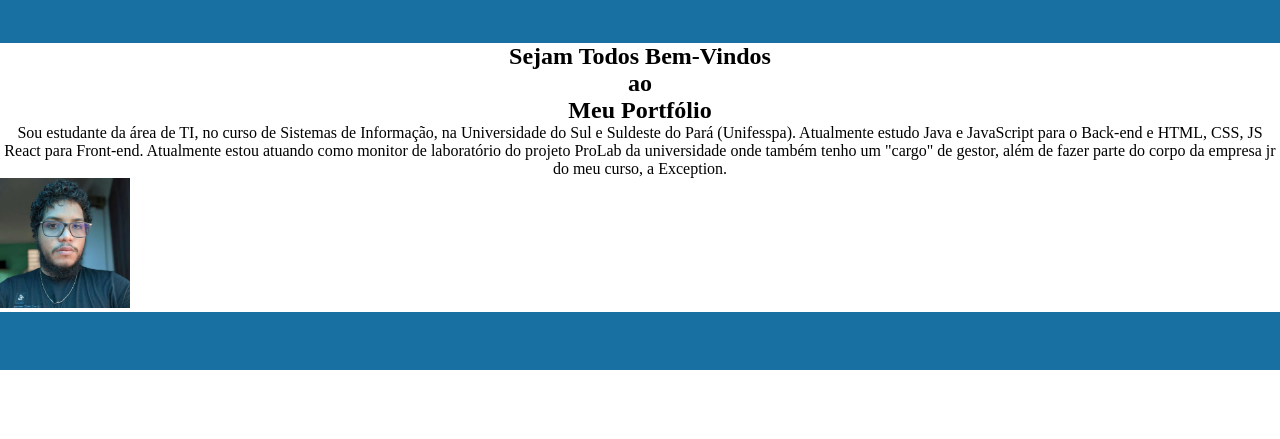
Repository: ramoncbarbosa/Web1_Atividade2
Page: index.html
The author's editor kept a copy of each file at every save. The page is drawn from the files as they stood at one save, then again after the next save.
The browser window is 1280 px wide. The pictures show the whole page.

Above is the page before, as saved 2023-06-10 15:20:25.

After the next save:
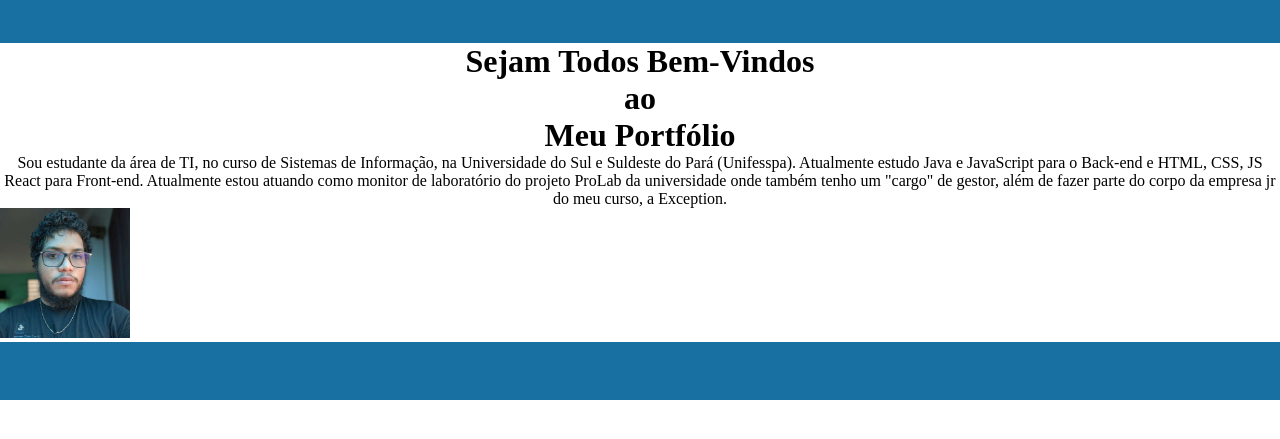
Saved 4 s later.
--- a/index.html
+++ b/index.html
@@ -16,7 +16,6 @@
     </header>
     <section></section>
     <main class="principal">
-        <section>
             <h1 class="principal__titulo">Sejam Todos Bem-Vindos<br> ao<br> <strong>Meu Portfólio</strong></h1>
             <p class="principal__texto">
                 Sou estudante da área de TI, no curso de Sistemas de Informação, na Universidade do Sul e Suldeste do Pará (Unifesspa). Atualmente estudo Java e JavaScript para o Back-end e HTML, CSS, JS React para Front-end.

After the 2 saves that followed:
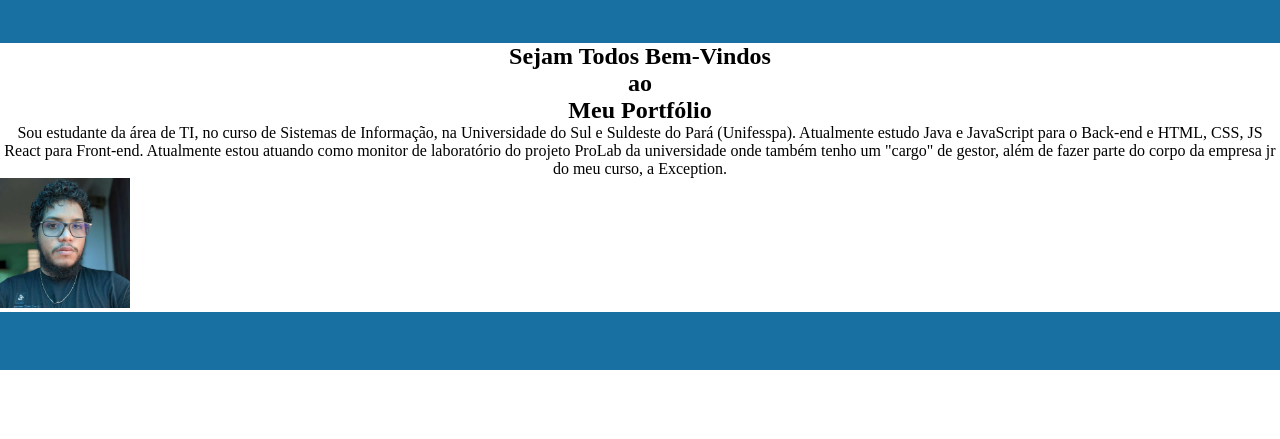
The 2 saves are shown as one change because they came seconds apart.
The last was saved 91 s later.
--- a/index.html
+++ b/index.html
@@ -16,12 +16,15 @@
     </header>
     <section></section>
     <main class="principal">
+        <section>
             <h1 class="principal__titulo">Sejam Todos Bem-Vindos<br> ao<br> <strong>Meu Portfólio</strong></h1>
             <p class="principal__texto">
                 Sou estudante da área de TI, no curso de Sistemas de Informação, na Universidade do Sul e Suldeste do Pará (Unifesspa). Atualmente estudo Java e JavaScript para o Back-end e HTML, CSS, JS React para Front-end.
                     Atualmente estou atuando como monitor de laboratório do projeto ProLab da universidade onde também tenho um "cargo" de gestor, além de fazer parte do corpo da empresa jr do meu curso, a Exception.
             </p>
             <img src="./img/perfil.jpg" alt="" width="130" height="130">
+        </section>
+
     </main>
     <footer class="rodape">
 
